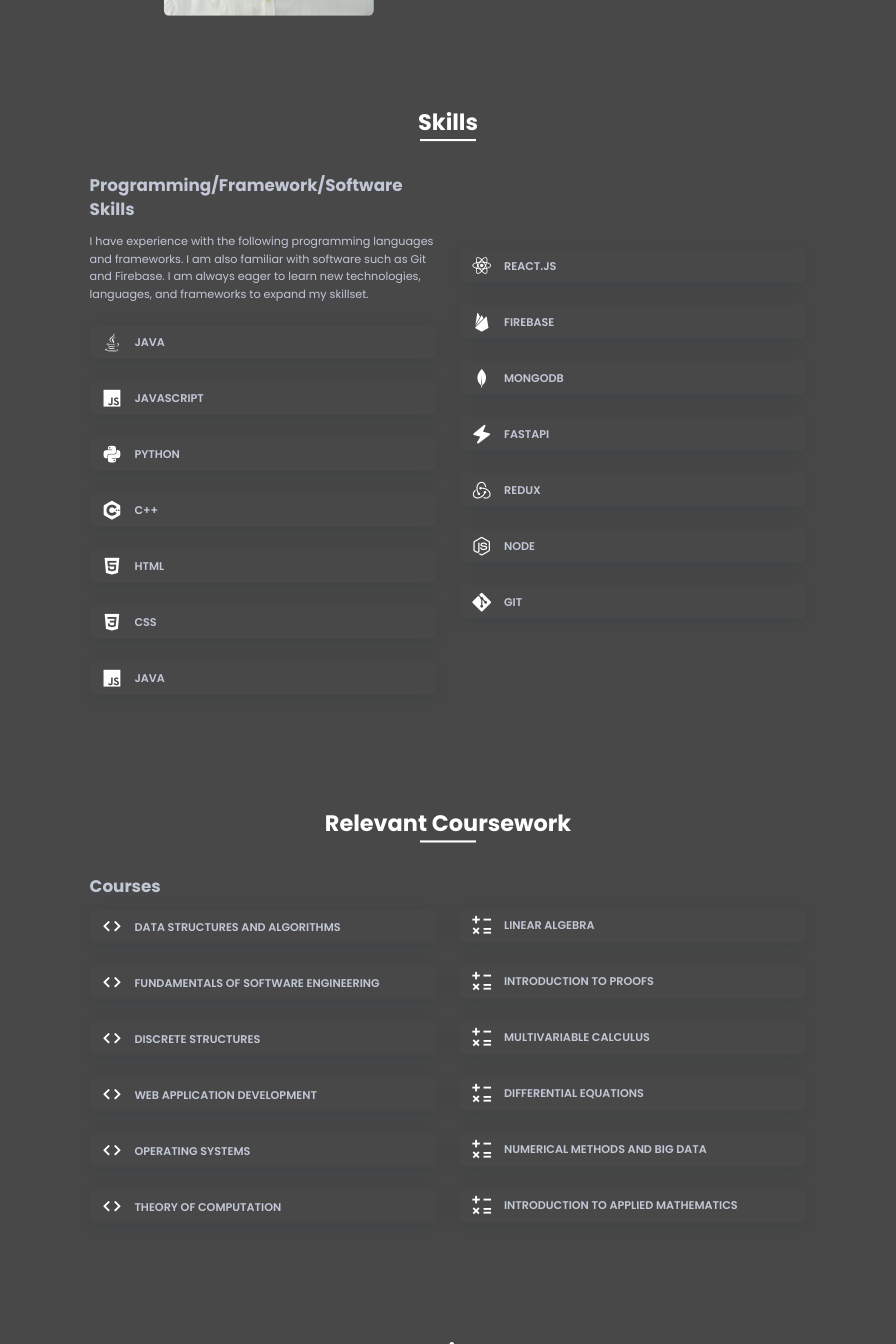
Repository: joshliu14/joshliu14.github.io
Page: index.html
An editor plug-in stored every save of this project. The page is shown before and after the next save, followed by the edit.
The browser window is 1280 px wide. The pictures show the part of the page from y = 1091 to 3011 px (the page is 5490 px tall before and 5455 px after), at 70% of full size.

Above is the page before, as saved 2024-02-01 03:08:43.

After the next save:
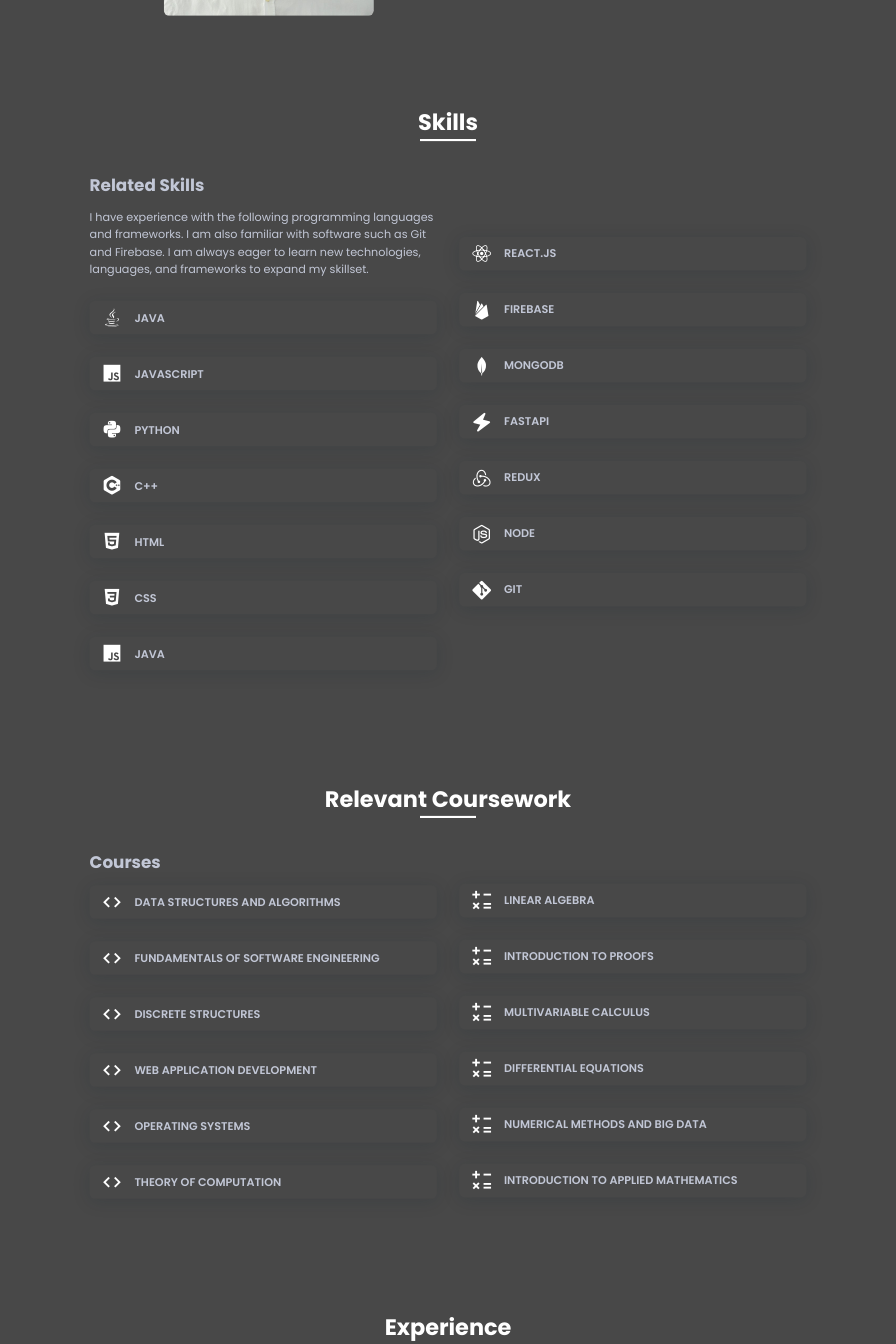
Saved 30 s later.
--- a/index.html
+++ b/index.html
@@ -136,7 +136,7 @@
 
         <div class="skills__container bd-grid">
           <div>
-            <h2 class="skills__subtitle">Programming/Framework/Software Skills</h2>
+            <h2 class="skills__subtitle">Related Skills</h2>
             <p class="skills__text">
                 I have experience with the following programming languages and
                 frameworks. I am also familiar with software such as Git and
